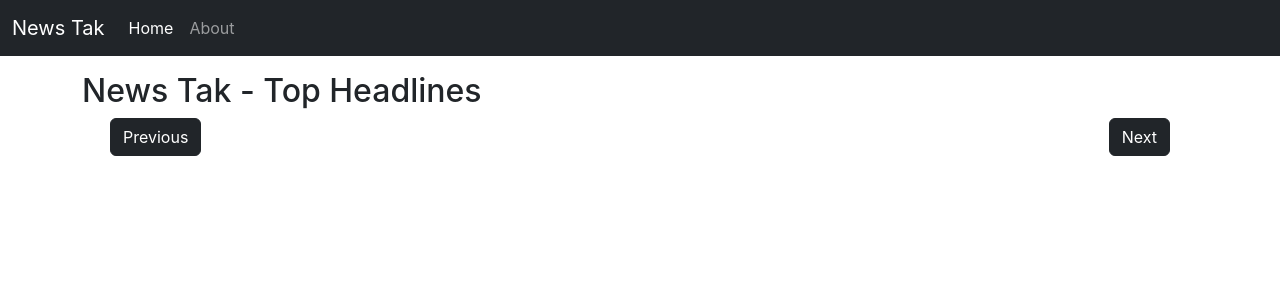
Repository: Rohit-foryou/News-website
Page: /entertainment
These files come from the project's save history. The page is drawn as it stood at one moment and after the next save; the edit follows.
The browser window is 1280 px wide. The pictures show the whole page.
The page's requests for data from a server got no answer. The project was rebuilt for these pictures with package versions that can differ from the ones it lists, and the page was loaded fresh each time. No one was signed in, and anything a server would have sent is missing. Also part of the build but not shown: src/Components/NewsItem.js.

Above is the page before, as saved 2023-12-22 20:38:47.

After the next save:
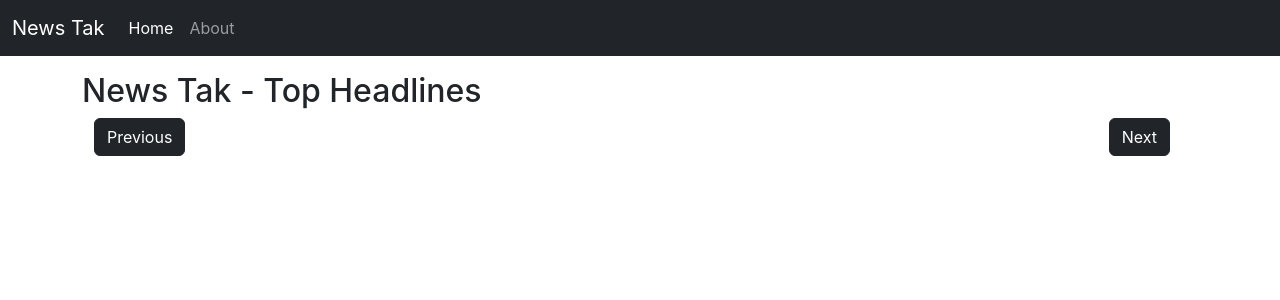
Saved 26 s later.
--- a/src/Components/News.js
+++ b/src/Components/News.js
@@ -39,7 +39,7 @@ export class News extends Component {
 
         </div>
         <div className="container d-flex justify-content-between">
-            <button type="button" className="btn btn-dark mx-3">Previous</button>
+            <button type="button" className="btn btn-dark">Previous</button>
             <button type="button" className="btn btn-dark mx-3">Next</button>
         </div>
       </div>
